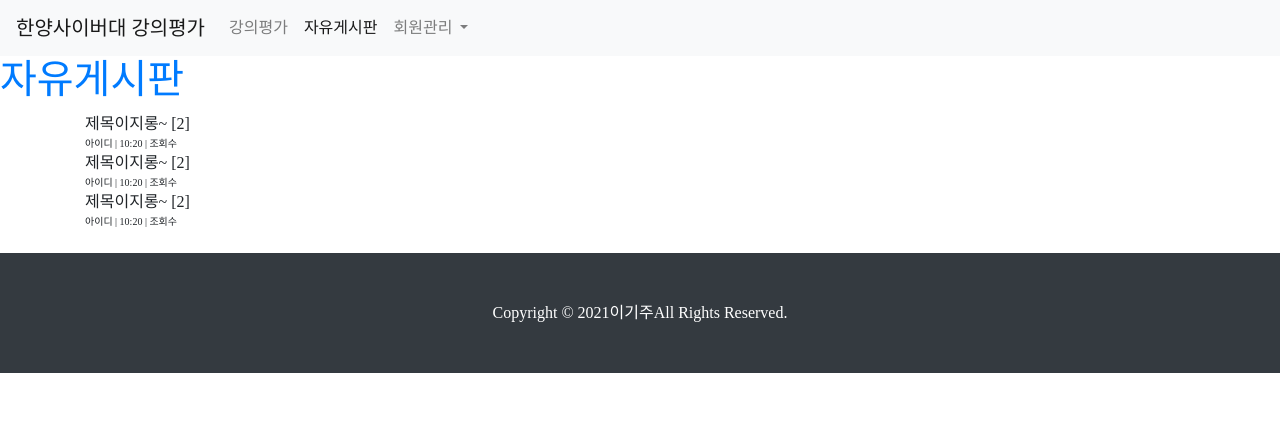
Repository: lkjjjang/hycu
Page: http://localhost/hycujjang/mobile.jsp
An editor plug-in stored every save of this project. The page is shown before and after the next save, followed by the edit.
The browser window is 1280 px wide. The pictures show the whole page.
Some web fonts or font styles are not loaded; a fallback is used. The page is served by Tomcat 9. Nobody is signed in. The application's start-up code is not run.

Above is the page before, as saved 2022-01-02 09:13:42.

After the next save:
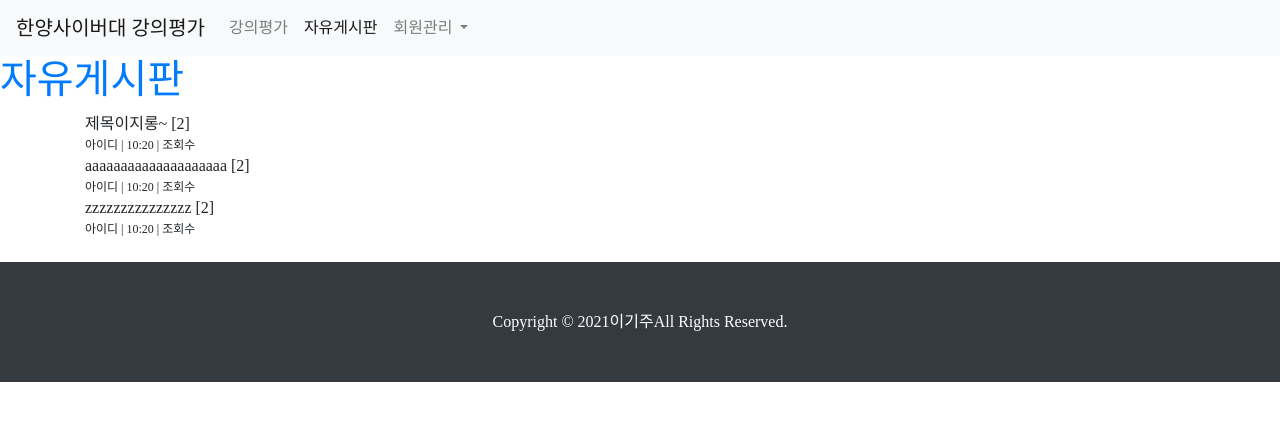
Saved 60 s later.
--- a/hycujjang/WebContent/mobile.jsp
+++ b/hycujjang/WebContent/mobile.jsp
@@ -58,23 +58,23 @@
 			<div class="col-12">
 				제목이지롱~ [2]
 			</div>
-			<div class="col-12" style="font-size: 10px">
+			<div class="col-12" style="font-size: 12px">
 				아이디 | 10:20 | 조회수
 			</div>
 		</div>
 		<div class="row">
 			<div class="col-12">
-				제목이지롱~ [2]
+				aaaaaaaaaaaaaaaaaaaa [2]
 			</div>
-			<div class="col-12" style="font-size: 10px">
+			<div class="col-12" style="font-size: 12px">
 				아이디 | 10:20 | 조회수
 			</div>
 		</div>
 		<div class="row">
 			<div class="col-12">
-				제목이지롱~ [2]
+				zzzzzzzzzzzzzzz [2]
 			</div>
-			<div class="col-12" style="font-size: 10px">
+			<div class="col-12" style="font-size: 12px">
 				아이디 | 10:20 | 조회수
 			</div>
 		</div>
